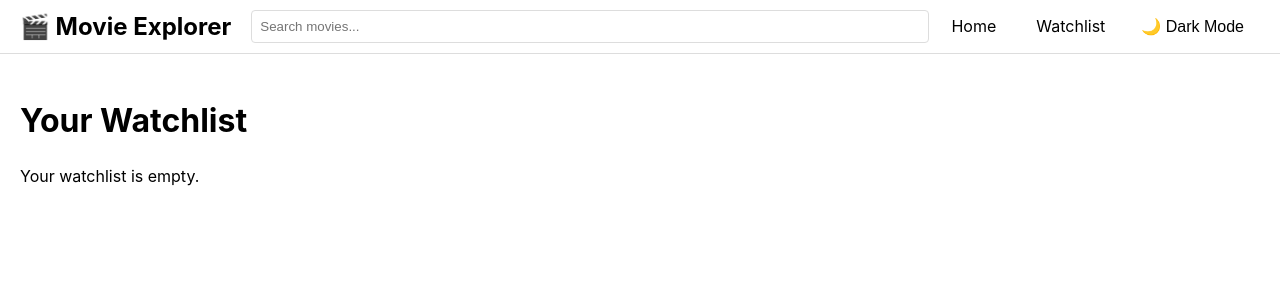
Repository: Akashmadhunala/Assignment-4-Movie_Explorer
Page: /watchlist
The author's editor kept a copy of each file at every save. The page is drawn from the files as they stood at one save, then again after the next save.
The browser window is 1280 px wide. The pictures show the whole page.
The project was rebuilt for these pictures with package versions that can differ from the ones it lists, and the page was loaded fresh each time. Also part of the build but not shown: src/components/styles/MovieCard.module.css, src/components/MovieCard.js, src/styles/Home.module.css, src/api/tmdbApi.js, src/pages/Home.js, src/styles/MovieDetail.module.css, src/pages/MovieDetail.js, src/styles/Search.module.css and 1 more.

Above is the page before, as saved 2024-10-21 14:45:21.

After the next save:
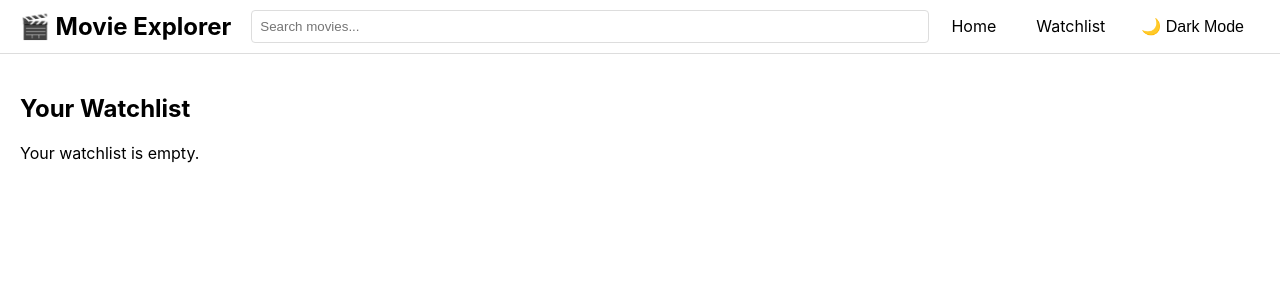
Saved 13 s later.
--- a/src/components/styles/Watchlist.module.css
+++ b/src/components/styles/Watchlist.module.css
@@ -1,43 +1,41 @@
 .watchlist {
-    padding: 20px;
-  }
+  padding: 20px;
+}
 
-  .watchlist h2 {
-    font-size: 2rem;
-  }
+.movieList {
+  display: flex;
+  flex-wrap: wrap; /* Wrap movie cards vertically when needed */
+  gap: 20px;
+}
 
-  .movieList {
-    list-style: none;
-    padding: 0;
-  }
+.movieItem {
+  display: flex;
+  align-items: center;
+  width: 200px; /* Fixed width for consistency */
+  flex-direction: column; /* Stack movie poster and details vertically */
+}
 
-  .movieItem {
-    display: flex;
-    align-items: center;
-    margin: 10px 0;
-  }
+.movieItem img {
+  width: 100%;
+  height: auto;
+  border-radius: 5px;
+  margin-bottom: 10px;
+}
 
-  .movieItem img {
-    width: 100px;
-    height: auto;
-    border-radius: 5px;
-    margin-right: 15px;
-  }
+.movieItem h3 {
+  margin: 0;
+  text-align: center;
+}
 
-  .movieItem h3 {
-    margin: 0;
-    flex-grow: 1;
-  }
+.movieItem button {
+  background-color: #d9534f;
+  color: white;
+  border: none;
+  border-radius: 3px;
+  padding: 5px 10px;
+  cursor: pointer;
+}
 
-  .movieItem button {
-    background-color: #d9534f;
-    color: white;
-    border: none;
-    border-radius: 3px;
-    padding: 5px 10px;
-    cursor: pointer;
-  }
-
-  .movieItem button:hover {
-    background-color: #c9302c;
-  }
+.movieItem button:hover {
+  background-color: #c9302c;
+}
